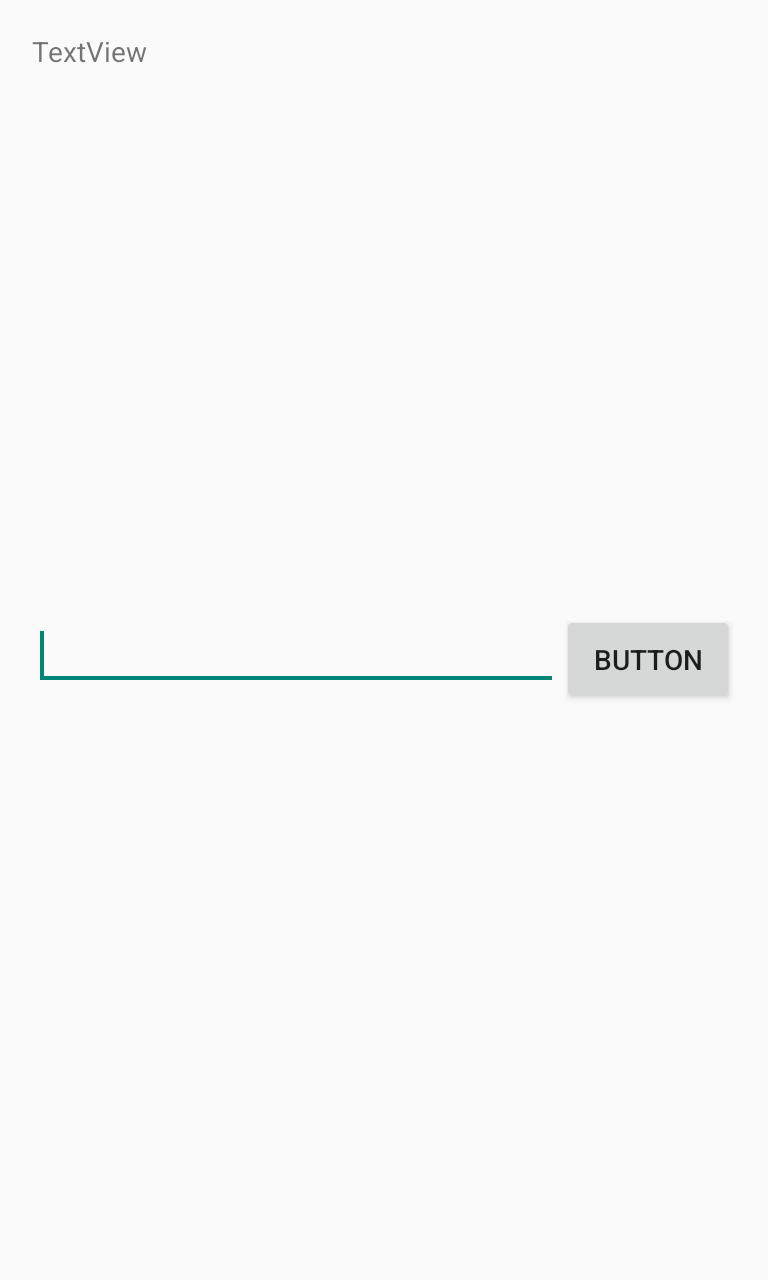
Repository: mg-badman/SPCS11
Layout: softproj_app_final/softwProj/res/layout/activity_main.xml
The author's editor kept a copy of each file at every save. The layout is drawn from the files as they stood at one save, then again after the next save.
It is drawn on a 768 x 1280 px phone screen (xhdpi) without system bars, with theme AppTheme; the app's code is not run.

Above is the layout before, as saved 2015-06-01 02:24:33.

### softproj_app_final/softwProj/res/layout/activity_main.xml
<RelativeLayout xmlns:android="http://schemas.android.com/apk/res/android"
    xmlns:tools="http://schemas.android.com/tools"
    android:layout_width="match_parent"
    android:layout_height="match_parent"
    android:paddingBottom="@dimen/activity_vertical_margin"
    android:paddingLeft="@dimen/activity_horizontal_margin"
    android:paddingRight="@dimen/activity_horizontal_margin"
    android:paddingTop="@dimen/activity_vertical_margin"
    tools:context="com.test.softwproj.MainActivity" >

    <LinearLayout
        android:layout_width="fill_parent"
        android:layout_height="fill_parent"
        android:layout_alignParentLeft="true"
        android:layout_alignParentTop="true"
        android:orientation="vertical" >

        <TextView
            android:id="@+id/textView1"
            android:layout_width="fill_parent"
            android:layout_height="wrap_content"
            android:layout_weight="0.8"
            android:text="TextView" />

        <LinearLayout
            android:layout_width="fill_parent"
            android:layout_height="wrap_content"
            android:layout_weight="0.8">

            <EditText
                android:id="@+id/editText1"
                android:layout_width="wrap_content"
                android:layout_height="wrap_content"
                android:layout_weight="1"
                >

                <requestFocus />
            </EditText>

            <Button
                android:id="@+id/button1"
                android:layout_width="wrap_content"
                android:layout_height="wrap_content"
                android:layout_weight="0"
                android:text="Button" />

        </LinearLayout>

    </LinearLayout>

</RelativeLayout>

Loaded but not shown: softproj_app_final/softwProj/res/values/styles.xml (common file); softproj_app_final/softwProj/res/values-v11/styles.xml (common file); softproj_app_final/softwProj/res/values-v14/styles.xml (common file); softproj_app_final/softwProj/res/values/dimens.xml (common file); softproj_app_final/softwProj/res/values-w820dp/dimens.xml (common file)

After the next save:
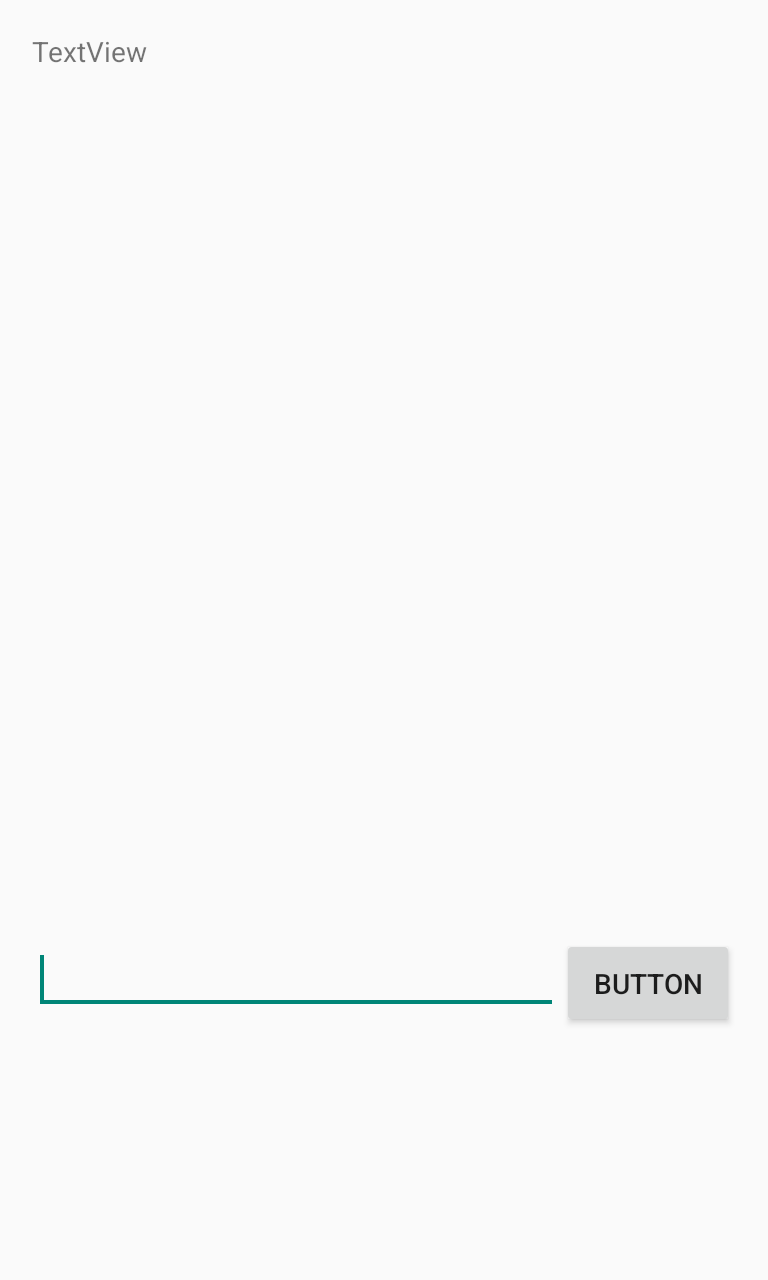
Saved 20 s later.
--- a/softproj_app_final/softwProj/res/layout/activity_main.xml
+++ b/softproj_app_final/softwProj/res/layout/activity_main.xml
@@ -25,7 +25,7 @@
         <LinearLayout
             android:layout_width="fill_parent"
             android:layout_height="wrap_content"
-            android:layout_weight="0.8">
+            android:layout_weight="0.2">
 
             <EditText
                 android:id="@+id/editText1"
